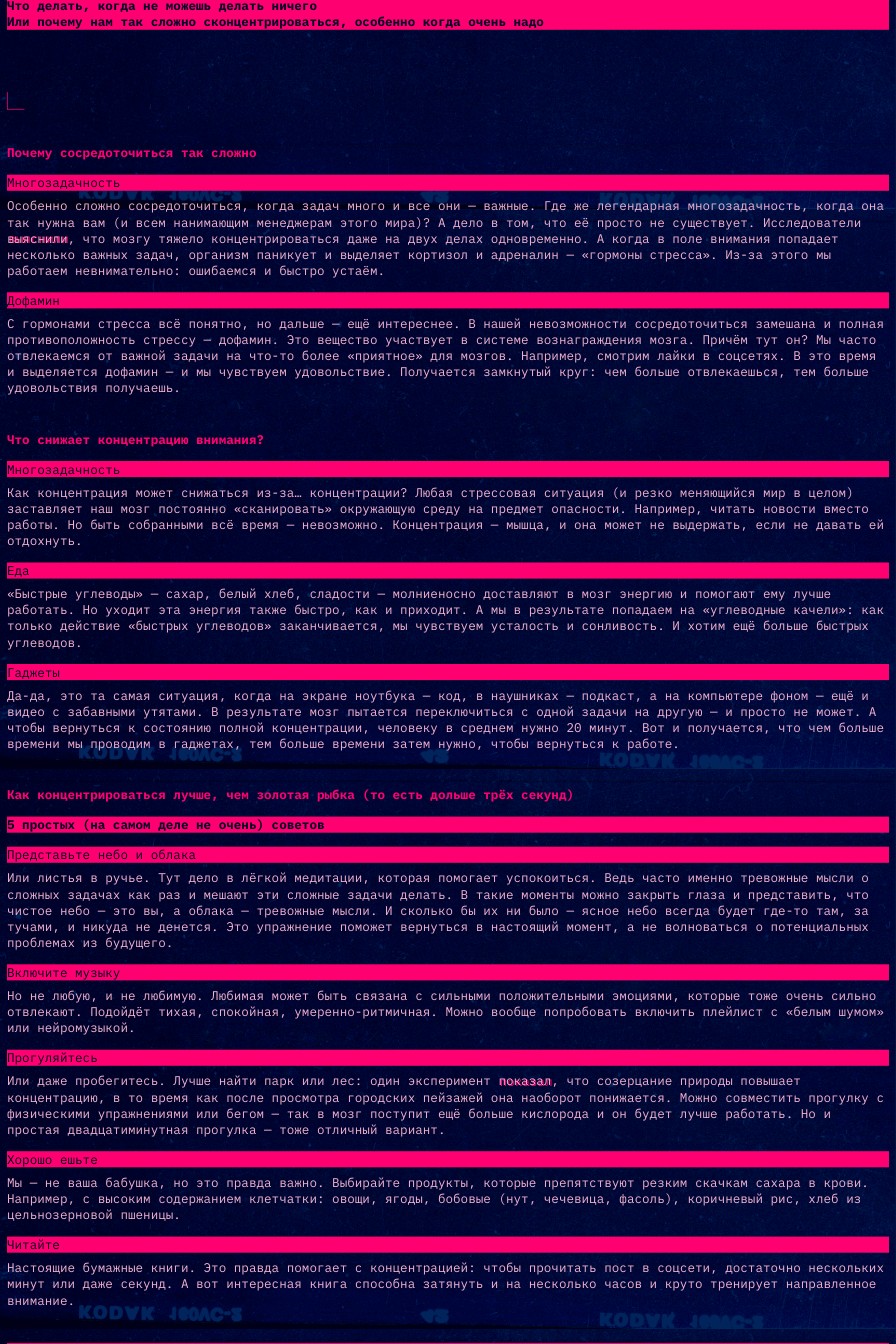
Repository: NikWolf75/slozhno-sosredotochitsya-fd
Page: index.html
The author's editor kept a copy of each file at every save. The page is drawn from the files as they stood at one save, then again after the next save.
The browser window is 1280 px wide. The pictures show the part of the page from y = 501 to 2421 px (the page is 4042 px tall before and 4342 px after), at 70% of full size.
Backgrounds fixed to the window are drawn as part of the page.

Above is the page before, as saved 2025-02-27 12:25:03.

After the next save:
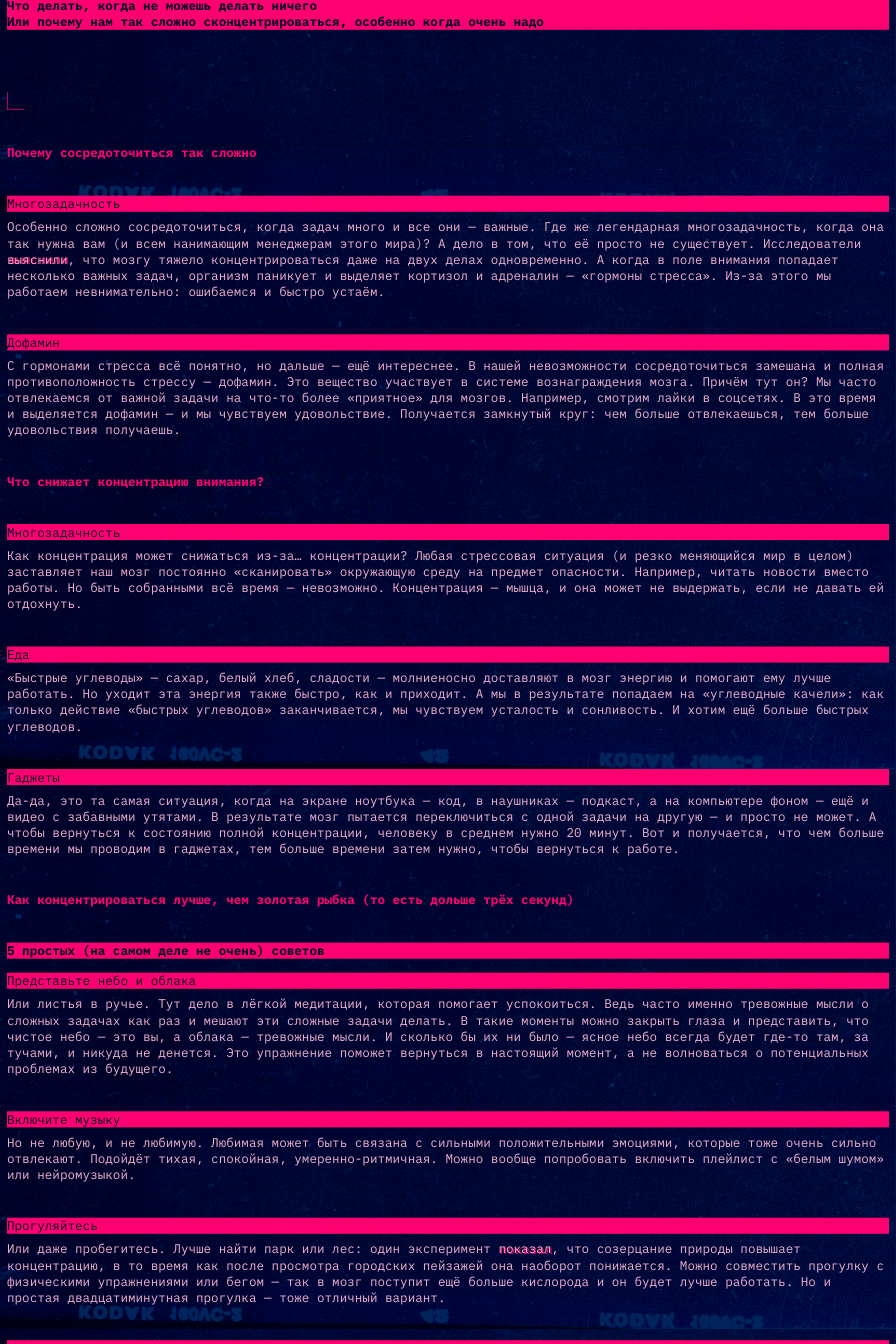
Saved 2 min 1 s later.
--- a/styles/style.css
+++ b/styles/style.css
@@ -137,7 +137,7 @@
 .content__section {
   display: grid;
   grid-template-columns: 1fr;
-  row-gap: 20px;
+  row-gap: 50px;
 }
 
 .content__section-title {
